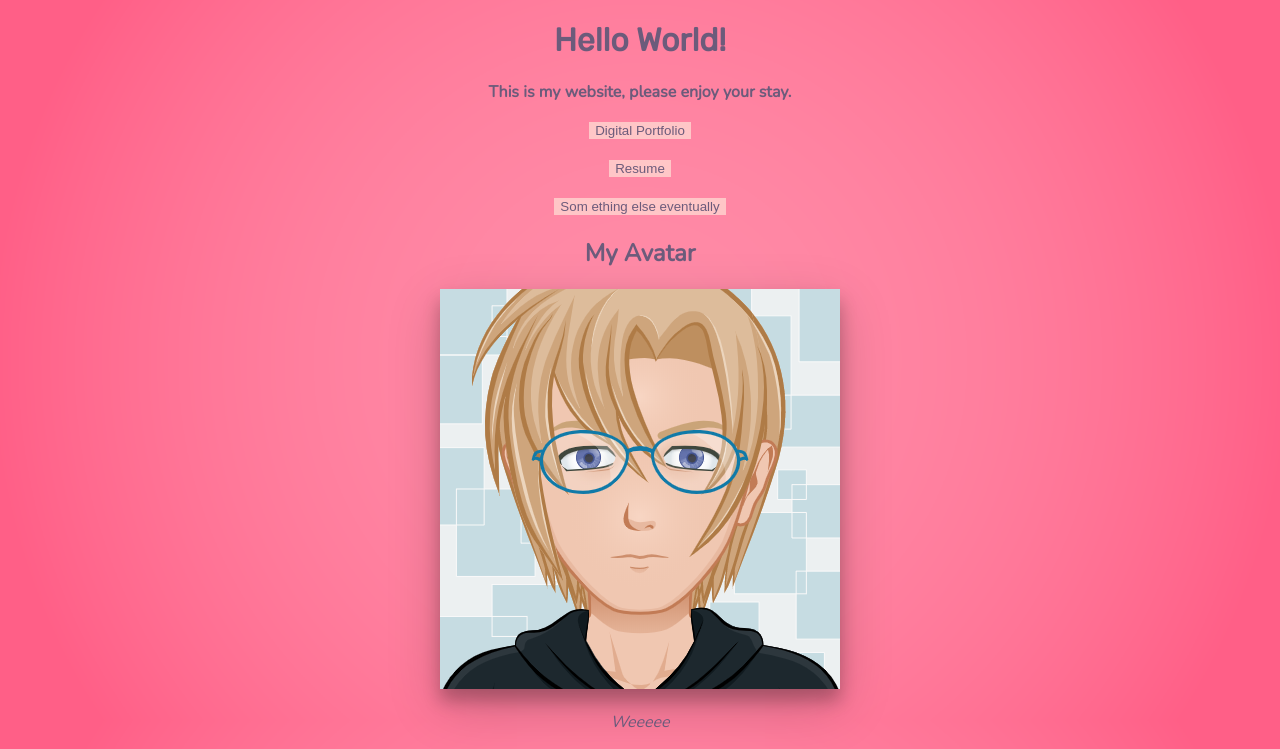
Repository: Ivyeomnky/Ivyeomnky.github.io
Page: index.html
The author's editor kept a record of every edit. The page is drawn from the files as they stood at one moment, then again after the next edit.
The browser window is 1280 px wide. The pictures show the whole page.
Backgrounds fixed to the window are drawn as part of the page.

Above is the page before.

### index.html
<!doctype html>
<html>
    <style>
    </style>
    <head>
        <title>Welcome!</title>
        <link rel="stylesheet" href="css.css">
        <link href="https://fonts.googleapis.com/css?family=Nunito|Roboto|Rubik&display=swap" rel="stylesheet">
    </head>
    <body>
        <center>
        <h1>Hello World!</h1>
        <center><p><b>This is my website, please enjoy your stay.</b></center>
        <div class="font-effect-anaglyph">
        <a href="dp.html"><button>Digital Portfolio</button></a>
        <p><a href="resume.html"><button>Resume</button></a></p>
        <p><a href="html.html"><button>Som
        ething else eventually</button></a></p>
        <h2>My Avatar</h2></p>
        <img src="images/myAvatar.png" alt="My Avatar" width="400" height="400">
        <p><i>Weeeee</i></p>
        </center>
    </body>
</html>

### css.css
body {
  color: #6c5b7b;
  font-family: 'Nunito', sans-serif;
  background-image: url('images/pinkBG.png');
  background-repeat: no-repeat;
  background-attachment: fixed;
  background-size: cover;
}
h1 {
  font-family: 'Rubik', sans-serif;
}
button{
    background-color: #ffc6c7;
    border: None;
    color: #6c5b7b;
    opacity:100;
}
button:hover{
  background-color: #ffc6c7;
    border: None;
    color: #6c5b7b;
    opacity:100;
  box-shadow:0 12px 16px 0 rgba(0,0,0,0.24), 0 17px 50px 0 rgba(0,0,0,0.19);
}
img{
    box-shadow:0 12px 16px 0 rgba(0,0,0,0.24), 0 17px 50px 0 rgba(0,0,0,0.19);
}

After the next edit:
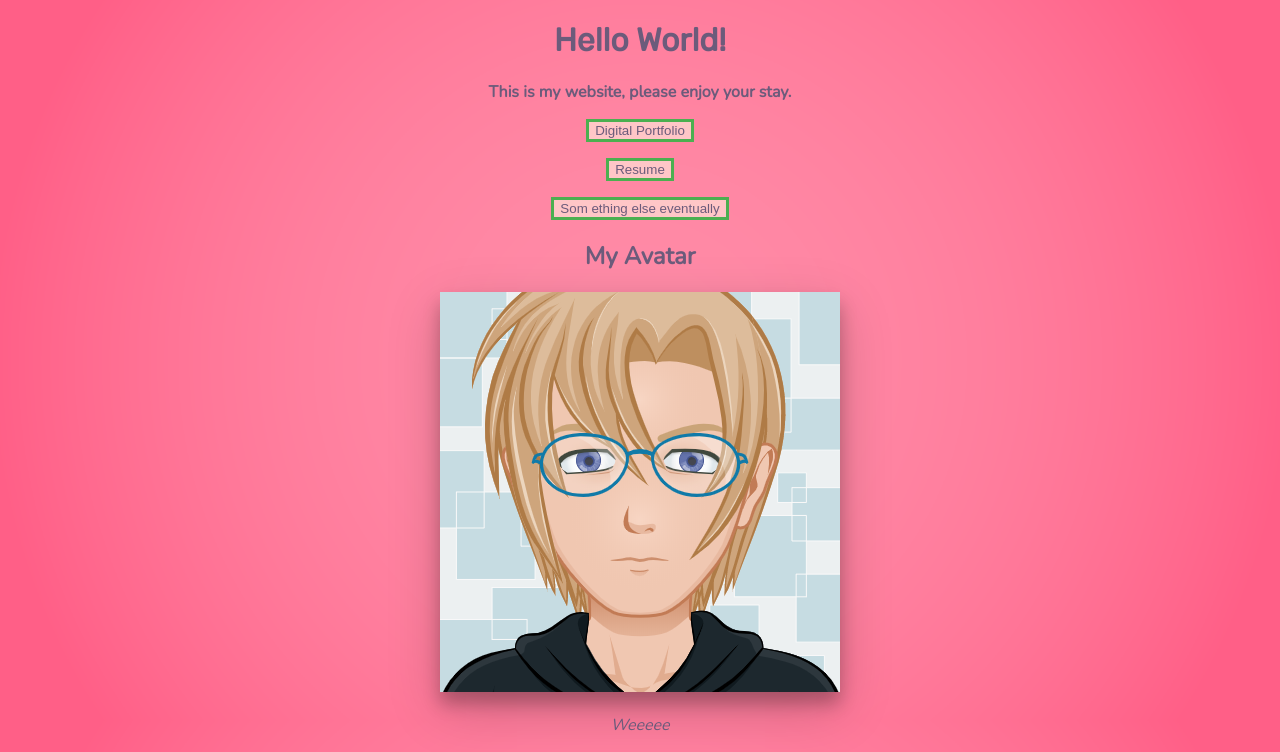
The edit:
--- a/css.css
+++ b/css.css
@@ -11,9 +11,9 @@
 }
 button{
     background-color: #ffc6c7;
-    border: None;
+    border: 3px solid #4CAF50; /* Green */
     color: #6c5b7b;
-    opacity:100;
+    opacity:1;
 }
 button:hover{
   background-color: #ffc6c7;
